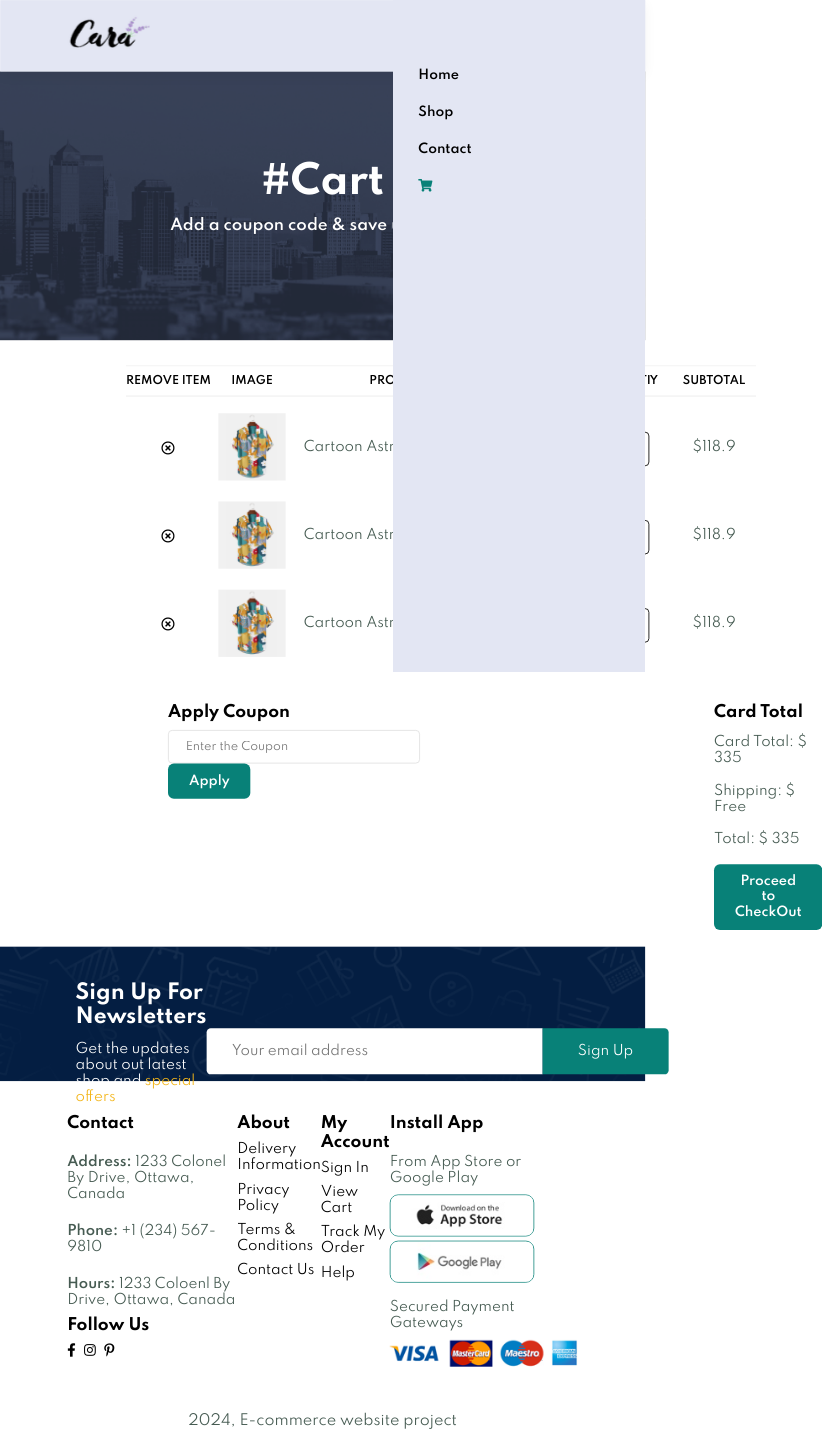
Repository: Daryllgio/E-Commerce-Website-UI
Page: cart.html
An editor plug-in stored every save of this project. The page is shown before and after the next save, followed by the edit.
The browser window is 768 px wide. The page is 979 px wide, so the pictures cover 979 px, including what lies to the right of the window. The pictures show the whole page, at 84% of full size.
Some web libraries are served in a nearby version.

Above is the page before, as saved 2025-01-08 19:27:12.

After the next save:
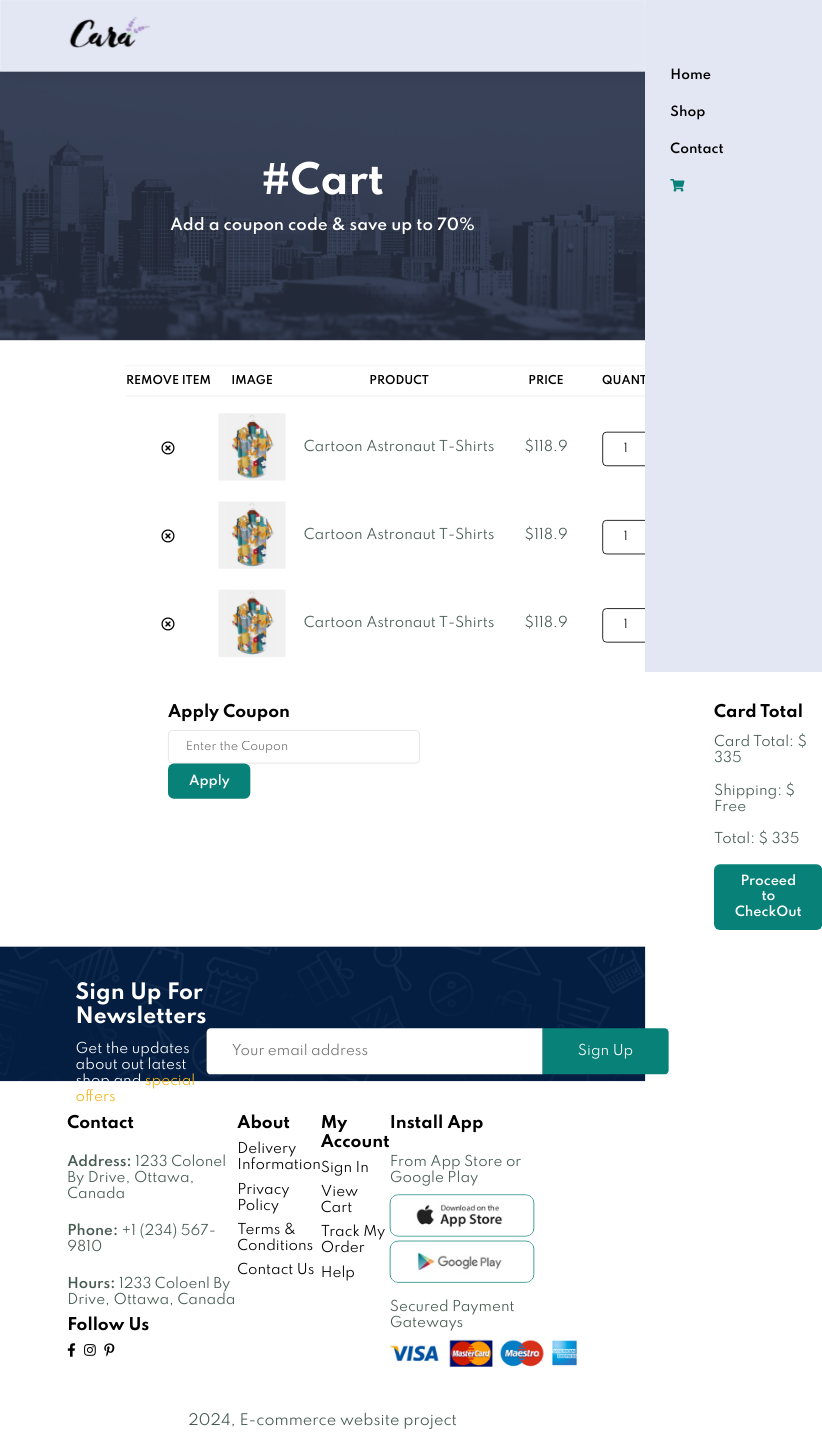
Saved 27 s later.
--- a/style.css
+++ b/style.css
@@ -929,7 +929,7 @@ body {
     justify-content: flex-start;
     position: fixed;
     top: 0;
-    right: 0px;
+    right: -300px;
     height: 100vh;
     width: 300px;
     background-color: #E3E6F3;
